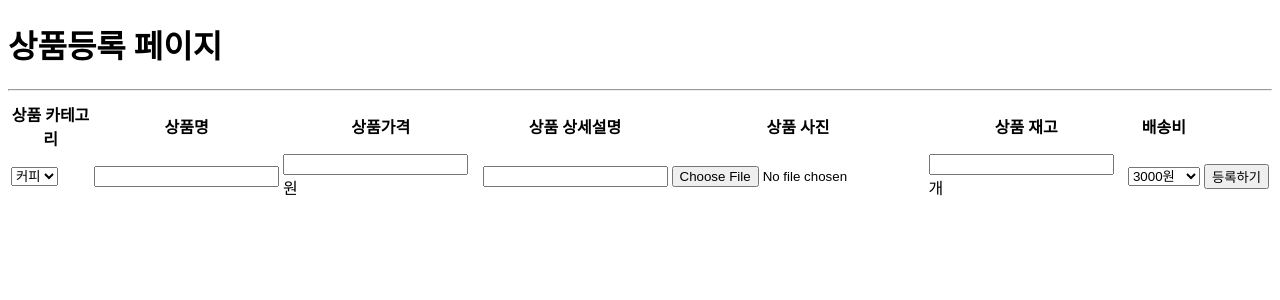
Repository: HJK0000/shoppingMallPrj
Page: http://localhost/shoppingMall/WEB-INF/views/admin/productRegistForm.jsp
An editor plug-in stored every save of this project. The page is shown before and after the next save, followed by the edit.
The browser window is 1280 px wide. The pictures show the whole page.
The page is served by Tomcat 10. Nobody is signed in. The template is opened directly, without the code that normally fills it, so the values that code supplies are empty.

Above is the page before, as saved 2024-05-29 03:27:01.
Console error: SyntaxError: Invalid or unexpected token

After the next save:
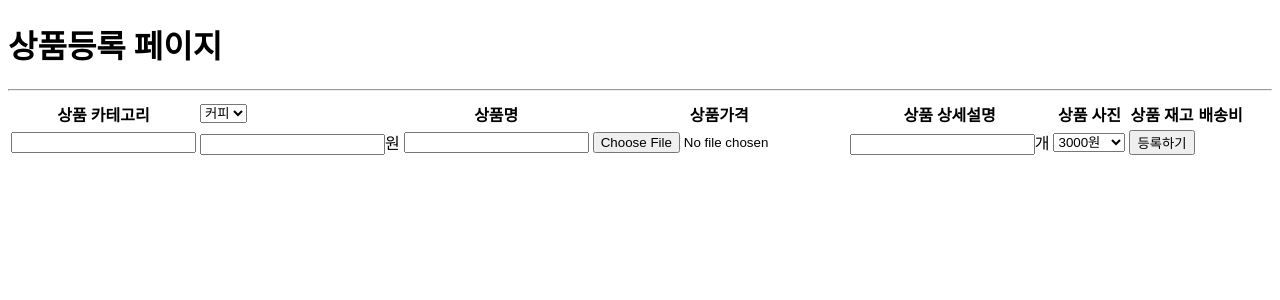
Saved 11 s later.
--- a/shoppingMall/src/main/webapp/WEB-INF/views/admin/productRegistForm.jsp
+++ b/shoppingMall/src/main/webapp/WEB-INF/views/admin/productRegistForm.jsp
@@ -19,19 +19,20 @@
 
 	<form name="frm" method="post" enctype="multipart/form-data">
 		<table board="1">
-				<tr>
-					<th>상품 카테고리</th>
-					<th>상품명</th>
-					<th>상품가격</th>
-					<th>상품 상세설명</th>
-					<th>상품 사진</th>
-					<th>상품 재고</th>
-					<th>배송비</th>
-				</tr>
+			<tr>
+				<th>상품 카테고리</th>
+				<td><select id="sortOptions"><option value="coffee">커피</option></select></td>
+				<th>상품명</th>
+				<th>상품가격</th>
+				<th>상품 상세설명</th>
+				<th>상품 사진</th>
+				<th>상품 재고</th>
+				<th>배송비</th>
+			</tr>
 			</thead>
 			<tbody>
 				<tr>
-					<td><select id="sortOptions"><option value="coffee">커피</option></select></td>
+
 					<td><input type="text" name="pname" required="required"></td>
 					<td><input type="text" name="pprice" required="required">원</td>
 					<td><input type="text" name="pinfo" required="required"></td>
